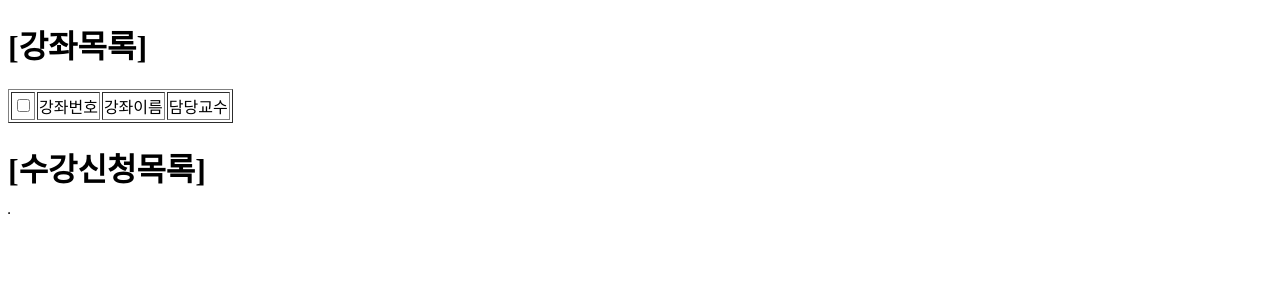
Repository: whwlsghkstm/html
Page: http://localhost/Ex0506/student/list.jsp
The author's editor kept a copy of each file at every save. The page is drawn from the files as they stood at one save, then again after the next save.
The browser window is 1280 px wide. The pictures show the whole page.
Some web libraries are served in a nearby version. The page is served by Tomcat 9. Queries for data that is not in the repository find no rows.

Above is the page before, as saved 2020-05-06 07:55:47.

After the next save:
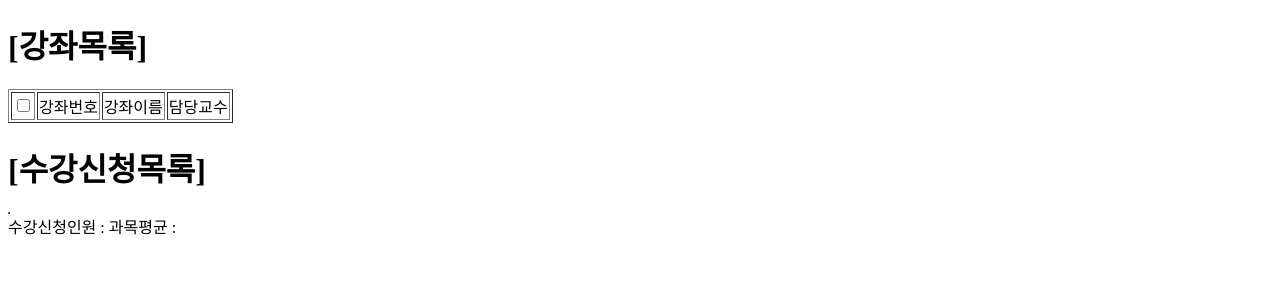
Saved 67 s later.
--- a/Ex0506/WebContent/student/list.jsp
+++ b/Ex0506/WebContent/student/list.jsp
@@ -48,6 +48,8 @@
 			</tr>
 		{{/each}}
 	</script>
+	수강신청인원 : <span id="total"></span>
+	과목평균 : <span id="avg"></span>
 </body>
 
 <script>
